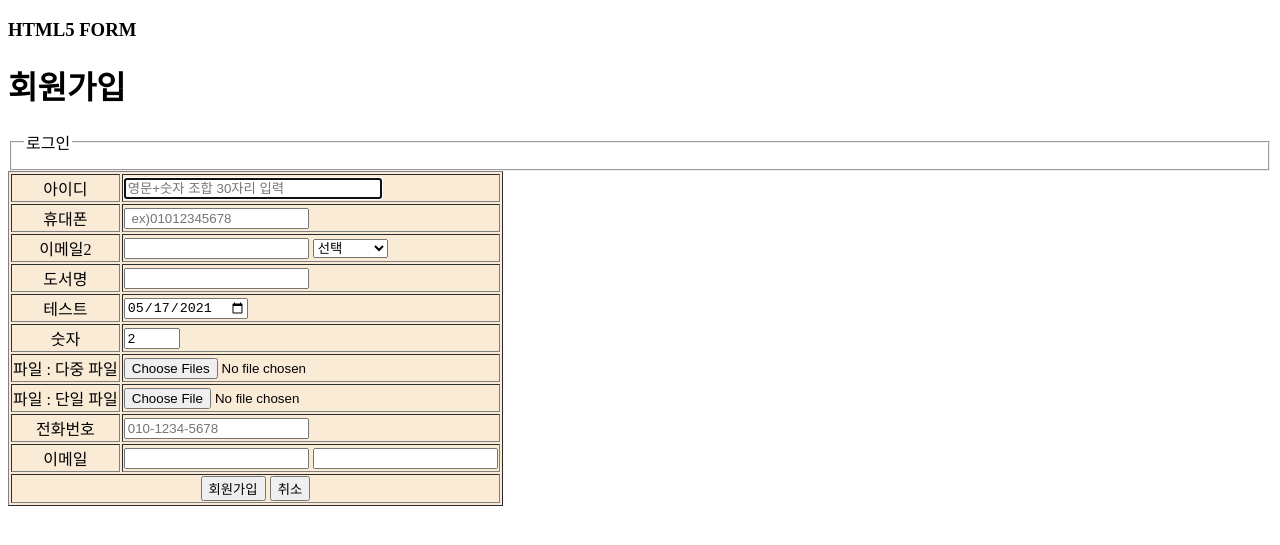
Repository: helloJunejun/WorkSpace_WebUi
Page: 0.3html5_form/src/main/webapp/sample_html5-1.html
These files come from the project's save history. The page is drawn as it stood at one moment and after the next save; the edit follows.
The browser window is 1280 px wide. The pictures show the whole page.

Above is the page before, as saved 2021-06-24 07:55:23.

### 0.3html5_form/src/main/webapp/sample_html5-1.html
<!DOCTYPE html PUBLIC "-//W3C//DTD HTML 4.01 Transitional//EN" "http://www.w3.org/TR/html4/loose.dtd">
<html>
<head>
<meta http-equiv="Content-Type" content="text/html; charset=UTF-8">
<title>HTML5 FORM 예제</title>
</head>
<body>
   <h3>HTML5 FORM</h3>

   <form action="" method="get">
      <h1>회원가입</h1>


      <table border="1" cellspacing="2px" cellpading="5px" bgcolor="AntiqueWhite">
            <form action = "result.html" method = "post">
            <fieldset>
                <legend>로그인</legend>
                     <!-- 아이디 -->

                     <tr>
                        <td align="center">아이디</td>
                        <td>
                           <input type = "text" name="memberId" autofocus="autofocus" "
                           placeholder="영문+숫자 조합 30자리 입력" style="width:250px"
                           pattern="[A-Za-z0-9]{6,30}">
                        </td>
                     </tr>


                     <tr>
                        <td align="center">휴대폰</td>
                        <td>
                           <input type = "text" name="mobile"  placeholder=" ex)01012345678">
                        </td>
                     </tr>

                       <tr>
                        <td align="center">이메일2</td>
                        <td>
                           <input type = "text" name="email2">

                           <select name = "selectEmail">
                              <option value = "none"> 선택 </option>
                              <option value = "@naver.com"> 네이버 </option>
                              <option value = "@gmail.com"> 구글 </option>
                              <option value = "@daum.net"> 다음 </option>
                              <option value = "userInput"> 직접 입력 </option>
                           </select>
                        </td>
                     </tr>

                     <tr>
                        <td align="center">도서명</td>
                        <td><input type = "text" name="bookName"  required = "requirde" ></td>
                     </tr>

                     <tr>
                        <td align="center">테스트 </td>
                        <td>
                           <input type = "date" name="date" " value="2021-05-17" >
                        </td>
                     </tr>


                     <tr>
                        <td align="center">숫자 </td>
                        <td>
                           <input type = "number" name="date" value="2"  min="2" max="10" step="2">
                        </td>
                     </tr>

                     <tr>
                        <td align="center">파일 : 다중 파일</td>
                        <td>
                           <input type = "file" name="file"  multiple="multiple">
                        </td>
                     </tr>

                     <tr>
                        <td align="center">파일 : 단일 파일</td>
                        <td>
                           <input type = "file" name="file" >
                        </td>
                     </tr>

                     <tr>
                        <td align="center">전화번호</td>
                        <td>
                           <input type = "mobile" name="mobile"
                           placeholder="010-1234-5678" pattern="(010/02/031/051)-\d{3,4}-\d{4}">
                        </td>
                     </tr>

                     <tr>
                        <td align="center">이메일 </td>
                        <td>
                           <input type = "text" name="email1" >
                           <input type = "text" name="email2"  >
                        </td>
                     </tr>




                     <tr>
                        <td align="center" colspan="2" align="center">
                           <input type = "submit" value = "회원가입" >
                           <input type = "reset" value = "취소">
                        </td>
                     </tr>

                     </fieldset>
               </form>
         </table>




   </form>

</body>
</html>

After the next save:
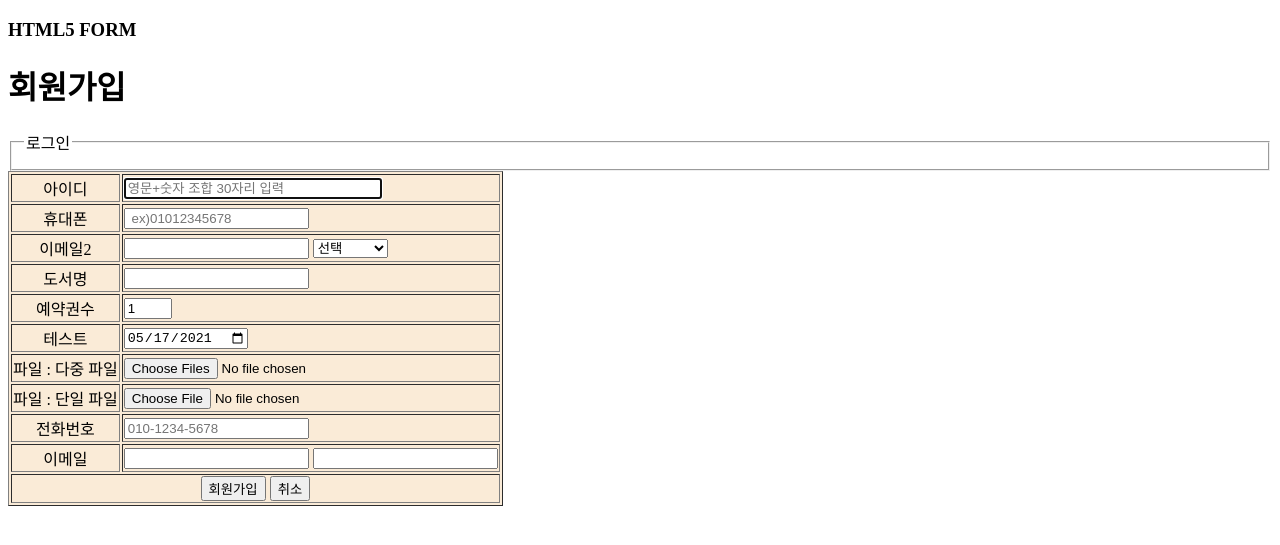
Saved 55 s later.
--- a/0.3html5_form/src/main/webapp/sample_html5-1.html
+++ b/0.3html5_form/src/main/webapp/sample_html5-1.html
@@ -54,6 +54,13 @@
                         <td><input type = "text" name="bookName"  required = "requirde" ></td>
                      </tr>
 
+                         <tr>
+                        <td align="center">예약권수 </td>
+                        <td>
+                           <input type = "number" name="date" value="1"  min="1" max="5" step="1">
+                        </td>
+                     </tr>
+
                      <tr>
                         <td align="center">테스트 </td>
                         <td>
@@ -62,12 +69,7 @@
                      </tr>
 
 
-                     <tr>
-                        <td align="center">숫자 </td>
-                        <td>
-                           <input type = "number" name="date" value="2"  min="2" max="10" step="2">
-                        </td>
-                     </tr>
+
 
                      <tr>
                         <td align="center">파일 : 다중 파일</td>
